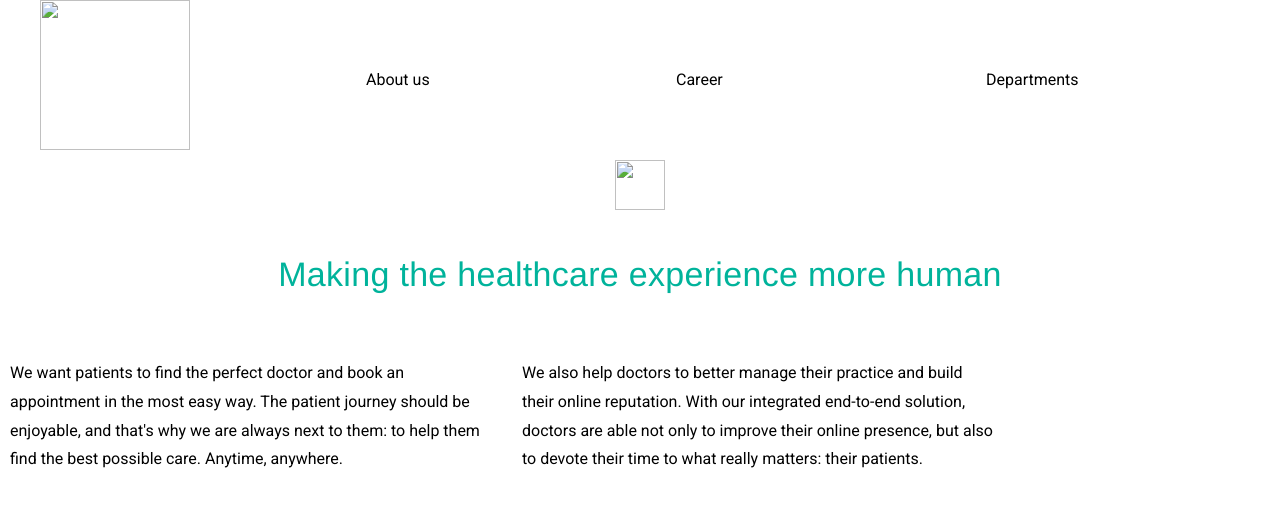
Repository: Hassanine-jaouadi/docplanner
Page: doc-panner.html
These files come from the project's save history. The page is drawn as it stood at one moment and after the next save; the edit follows.
The browser window is 1280 px wide. The pictures show the whole page.
Some web libraries are served in a nearby version.

Above is the page before, as saved 2020-01-17 10:24:22.

### doc-panner.html
<!DOCTYPE html>
<html lang="en">
<!--  the head -->

<head>
    <title> Docplanner Group </title>
    <meta charset="UTF-8">
    <meta name="viewport" content="width=device-width, initial-scale=1.0">
    <link rel="stylesheet" href="style.css">
    <link rel="icon" href="file:///Users/hjaouadi/Documents/Wistia/Doc-planner/it.docplanner-w130.png" type="image/gif"
        sizes="16x16">

    <script src="https://kit.fontawesome.com/7e294a499a.js" crossorigin="anonymous"></script>
    <link href="https://fonts.googleapis.com/css?family=Roboto&display=swap" rel="stylesheet">

</head>

<!--  the body -->

<body>
    <nav class=" flex-container">
        <ul class="flex-container">
            <li> <img src="file:///Users/hjaouadi/Documents/Wistia/Doc-planner/logo-default-group-en.svg"
                    class="docplanner-nav-logo" width="150" height="150" /></li>
            <li> <a href="https://www.docplanner.com/about-us" class="flex-item"> About us</a> </li>
            <li> <a href="https://www.docplanner.com/career" class="flex-item">Career</a> </li>
            <li> <a href="https://www.docplanner.com/departments" class="flex-item">Departments</a> </li>
        </ul>
    </nav>

    <div class="logo-under-nav"><img src="file:///Users/hjaouadi/Documents/Wistia/Doc-planner/it.docplanner-w130.png"
            width="50" height="50" />
    </div>

    <h1 class="main-h1"> Making the healthcare experience more human </h1>

    <!--  first two paragraphs -->
    <div class="first-two-paragraphs">
        <p class="paragraph-1">
            We want patients to find the perfect doctor and book an appointment in the most easy way. The patient
            journey should be enjoyable, and that's why we are always next to them: to help them find the best possible
            care. Anytime, anywhere.
        </p>

        <p class="paragraph-1">
            We also help doctors to better manage their practice and build their online reputation. With our integrated
            end-to-end solution, doctors are able not only to improve their online presence, but also to devote their
            time to what really matters: their patients.
        </p>

    </div>
</body>

</html>

### style.css
html,body
{
    width: 100%;
    height: 100%;
    margin: 0px;
    padding: 0px;
    overflow-x: hidden;
}

* {
    box-sizing: border-box;
    margin: 0;
    font-family: 'Roboto', sans-serif;
    background-color: ffff;
    line-height: 1.8 ;

}

/* nav bar flex container */
.flex-container{
    display: flex;
    justify-content: space-between;
    align-items: center;
    justify-content: end;
    justify-content: right;
    width: 100%;
}

.flex-item {
    flex: 1;
    justify-content: flex-end;
   justify-items: flex-end;
}


.flex-container  a {
    color: black;
    padding: 12px 16px;
    text-decoration: none ;
    display: block;

  }

  li {
      list-style: none;
      flex: 3;
 }

  .flex-container > :nth-child(1) {
    display: ri;
  }

 /* image under nav */

 .logo-under-nav {
     display: flex;
     justify-content: center;
 }

 div.logo-under-nav{
     width:100%;
 }

 /* the main h1 */
 h1  {
    display: flex;
    align-items: center;
    justify-content: center;
    margin: 1em 0;
    font-family: Helvetica Neue,Helvetica,Arial,sans-serif;
    font-weight: 300;
    letter-spacing: .3px;
    font-size: 2.125rem;
    color: #00b39b;
 }

 /* first two paragraphs  */
.first-two-paragraphs{
    display: flex;
    justify-content: center;
    justify-content: space-between;
    width:80%;

    margin-top: 0px;
    margin-right: -10px;
    margin-bottom: 0px;
    margin-left: -10px;

}

.paragraph-1{
    width: 50%;
    text-align: left;
    margin: 20px;
}
.paragraph-2{
    width: 50%;
    text-align: left;
    margin: 20px;
}

After the next save:
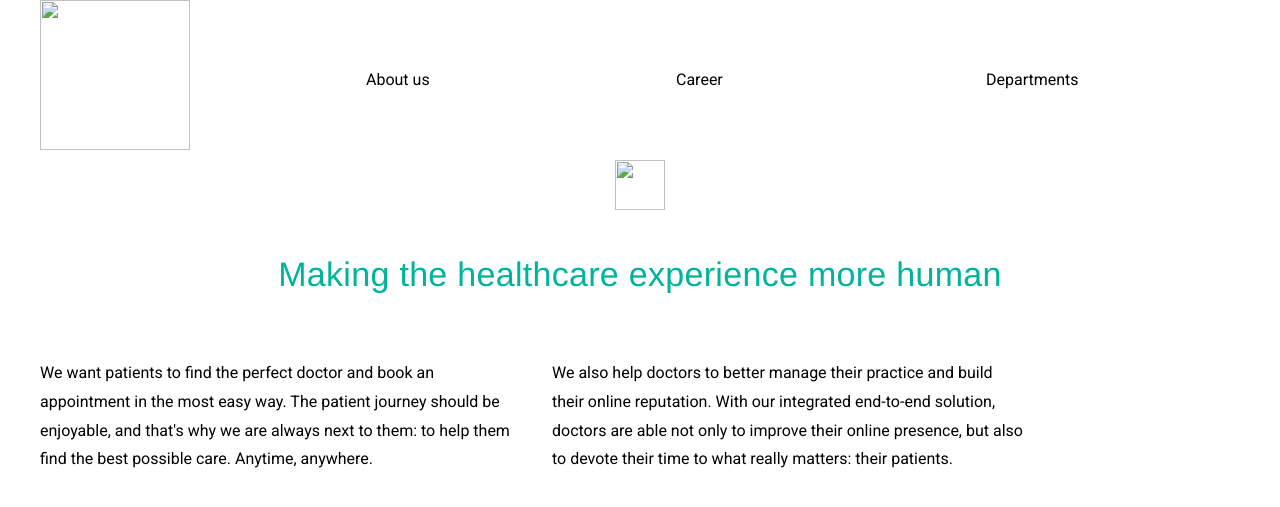
Saved 37 s later.
--- a/style.css
+++ b/style.css
@@ -82,9 +82,9 @@ html,body
     width:80%;
 
     margin-top: 0px;
-    margin-right: -10px;
+    margin-right: 20px;
     margin-bottom: 0px;
-    margin-left: -10px;
+    margin-left: 20px;
 
 }
 
